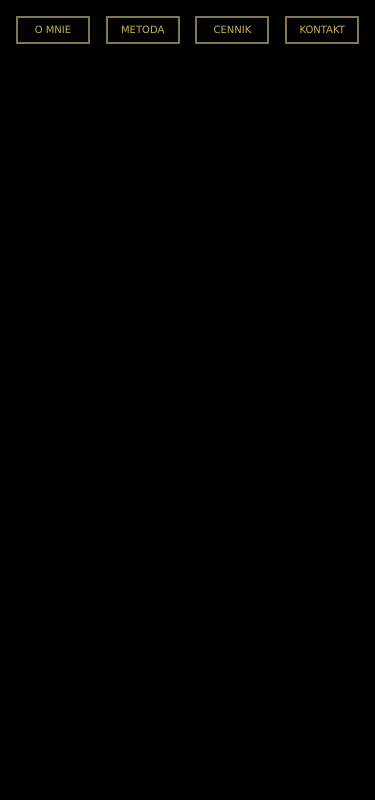
Repository: LechCieslak/Anna_Cieslak_v2.1
Page: index.html
The author's editor kept a copy of each file at every save. The page is drawn from the files as they stood at one save, then again after the next save.
The browser window is 375 px wide. The pictures show the whole page.

Above is the page before, as saved 2020-09-16 22:09:23.

### index.html
<!DOCTYPE html>
<html lang="pl">
<head>
    <meta charset="UTF-8">
    <meta name="viewport" content="width=device-width, initial-scale=1.0">
    <link rel="stylesheet" href="style.css">
    <title>Przyjazne miejsce</title>
</head>
<body>
    <main>

            <div class="menu">
                <ul>
                    <li class="li1">O MNIE</li>
                    <li class="li2">METODA</li>
                    <li class="li3">CENNIK</li>
                    <li class="li4">KONTAKT</li>
                </ul>
            </div>

            <div class="oMnie shape">
                <h1>O MNIE</h1>
                <p>Anna Cieślak - psycholog, psychoterapeuta
                    <br><br>
                    Prowadzę indywidualną długoterminową psychoterapię osób dorosłych oraz młodzieży 16+. Od kilku lat w duchu Rodzicielstwa Bliskości wspieram rodziców oraz nauczycieli w codziennych wyzwaniach związanych z budowaniem relacji z dziećmi. Pracuję z dziećmi i młodzieżą w placówkach edukacyjnych (głównie są to tzw. szkoły alternatywne, realizujące program MEN w autorski sposób). <br>
                    W swojej pracy łączę humanistyczne i psychodynamiczne spojrzenie na klienta. Ukończyłam kursy i szkolenia z zakresu psychoterapii i psychopedagogiki w Ośrodku Terapii i Rozwoju Gestalt, w Laboratorium Psychoedukacji, Podyplomowym Studium Relacji Interpersonalnych i Profilaktyki Uzależnień UKSW oraz Akademii Rodziców i Wychowawców w Fundacji Bullerbyn. Ważnym dla mnie doświadczeniem było szkolenie wstępne z zakresu NVC prowadzone przez Zofię Schacht-Petersen. <br>
                    Prywatną praktykę prowadzę od 2013 roku. Swoją pracę poddaję regularnej superwizji, prowadzonej przez superwizora Polskiego Towarzystwa Psychologicznego.</p>
            </div>

            <div class="metoda shape">
                <h1>METODA</h1>
                <p>Lorem, ipsum dolor sit amet consectetur adipisicing elit. Tenetur illum, dolores ipsum earum qui eligendi quaerat itaque debitis quo cumque repudiandae fugit quisquam nisi quas sunt voluptatem alias enim vero porro reprehenderit. Quisquam possimus labore voluptate facere voluptatum mollitia eveniet dicta quis vitae ullam quae saepe veniam quos ut, dolor, fuga repellat, veritatis quam modi odio placeat! Vero, reprehenderit repellendus? Delectus sit voluptate minus quam ratione numquam ipsum nemo commodi rem nesciunt consequatur, sunt cumque, repellat aliquam excepturi dolores aut suscipit minima nisi veritatis itaque ad explicabo perspiciatis voluptatibus! Cumque id adipisci officiis facere, tenetur quod provident. Eveniet, exercitationem necessitatibus.</p>
            </div>

            <div class="cennik shape">
                <h1>CENNIK</h1>
                <p>Lorem, ipsum dolor sit amet consectetur adipisicing elit. Tenetur illum, dolores ipsum earum qui eligendi quaerat itaque debitis quo cumque repudiandae fugit quisquam nisi quas sunt voluptatem alias enim vero porro reprehenderit. Quisquam possimus labore voluptate facere voluptatum mollitia eveniet dicta quis vitae ullam quae saepe veniam quos ut, dolor, fuga repellat, veritatis quam modi odio placeat! Vero, reprehenderit repellendus? Delectus sit voluptate minus quam ratione numquam ipsum nemo commodi rem nesciunt consequatur, sunt cumque, repellat aliquam excepturi dolores aut suscipit minima nisi veritatis itaque ad explicabo perspiciatis voluptatibus! Cumque id adipisci officiis facere, tenetur quod provident. Eveniet, exercitationem necessitatibus.</p>
            </div>

            <div class="kontakt shape">
                <h1>KONTAKT</h1>
                <p>Lorem, ipsum dolor sit amet consectetur adipisicing elit. Tenetur illum, dolores ipsum earum qui eligendi quaerat itaque debitis quo cumque repudiandae fugit quisquam nisi quas sunt voluptatem alias enim vero porro reprehenderit. Quisquam possimus labore voluptate facere voluptatum mollitia eveniet dicta quis vitae ullam quae saepe veniam quos ut, dolor, fuga repellat, veritatis quam modi odio placeat! Vero, reprehenderit repellendus? Delectus sit voluptate minus quam ratione numquam ipsum nemo commodi rem nesciunt consequatur, sunt cumque, repellat aliquam excepturi dolores aut suscipit minima nisi veritatis itaque ad explicabo perspiciatis voluptatibus! Cumque id adipisci officiis facere, tenetur quod provident. Eveniet, exercitationem necessitatibus.</p>
            </div>
    </main>


    <script src="app.js"></script>
</body>
</html>

### style.css
* {
    font-family: verdana;
    padding: 0px;
}

body {
    --tlo: #4C6464;
    --text: #C5B358;
    --ramka: #7F784E;
    background-position-x: center;
    background-color: black;
    color: var(--text);
    animation: backgroundEffPoz 3s;
}

main {
    position: relative;
}

ul {
    display: flex;
    justify-content: space-around;
}

.menu li {
    margin-top: 6px;
    padding: 10px;
    display: inline-block;
    border: solid 2px var(--ramka);
    list-style-type: none;
    width: 120px;
    cursor: pointer;
    text-align: center;
}

.shape {
    border: solid 3px var(--ramka);
    /* width: 70%; */
    opacity: 0;
    padding: 10px;
    position: absolute;
    text-align: justify;
}

.nowa {
    opacity: 1;
}

@keyframes backgroundEffPoz {
    100% {
            background-image: url("images/background-poz.jpg");
    }
}
@keyframes backgroundEffPion {
    100% {
            background-image: url("images/background-pion.jpg");
    }
}

/* style css - duże ekrany
@media (min-width: 1100px) {
    body {
        font-size: 30px;
    }
} */

@media (max-width: 600px) {
    body {
        /* style css - tel. pionowo */
        /* background-image: url("images/background-pion.jpg"); */
        font-size: 10px;
        background-position-x: center;
        animation: backgroundEffPion 3s alternate;
    }

    .menu li {
        width: 50px;
        height: 8px;
        padding-top: 6px;
    }
}

@media (max-width: 320px) {
    ul {
        width: 55px;
        display: block;
    }
}

### app.js
let a = document.querySelector('.li1');
let b = document.querySelector('.oMnie');
let c = document.querySelector('.li2');
let d = document.querySelector('.metoda');
let e = document.querySelector('.li3');
let f = document.querySelector('.cennik');
let g = document.querySelector('.li4');
let h = document.querySelector('.kontakt');

a.addEventListener('click', e => {
  b.classList.toggle("nowa");
  d.classList.remove("nowa");
  f.classList.remove("nowa");
  h.classList.remove("nowa");
});


c.addEventListener('click', e => {
  d.classList.toggle("nowa");
  b.classList.remove("nowa");
  f.classList.remove("nowa");
  h.classList.remove("nowa");
});

e.addEventListener('click', e => {
  f.classList.toggle("nowa");
  b.classList.remove("nowa");
  d.classList.remove("nowa");
  h.classList.remove("nowa");
});


g.addEventListener('click', e => {
  h.classList.toggle("nowa");
  b.classList.remove("nowa");
  d.classList.remove("nowa");
  f.classList.remove("nowa");
});

After the next save:
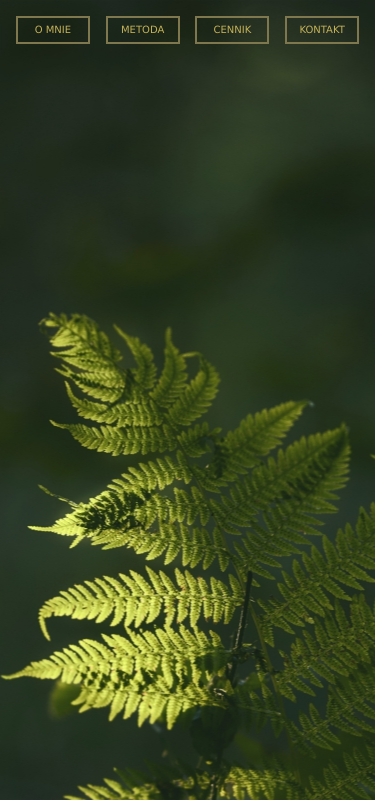
Saved 37 s later.
--- a/style.css
+++ b/style.css
@@ -70,7 +70,7 @@ ul {
         /* background-image: url("images/background-pion.jpg"); */
         font-size: 10px;
         background-position-x: center;
-        animation: backgroundEffPion 3s alternate;
+        animation: backgroundEffPion 3s forwards;
     }
 
     .menu li {
